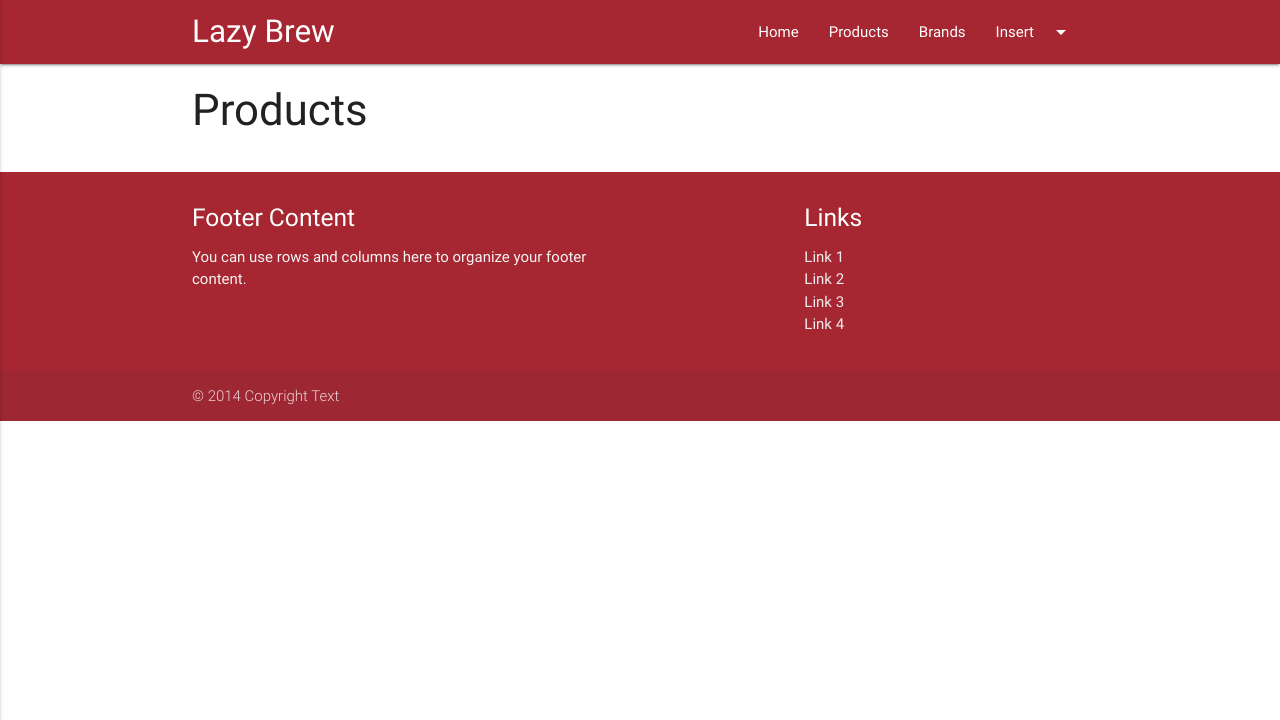
Repository: Leon2ev/lazy-brew
Page: http://localhost/get_products
The author's editor kept a record of every edit. The page is drawn from the files as they stood at one moment, then again after the next edit.
The browser window is 1280 px wide. The pictures show the whole page.
Some web libraries are served in a nearby version. The page is served by the project's application, run on Flask 3 (app.py). Queries for data that is not in the repository find no rows.

Above is the page before.

After the next edit:
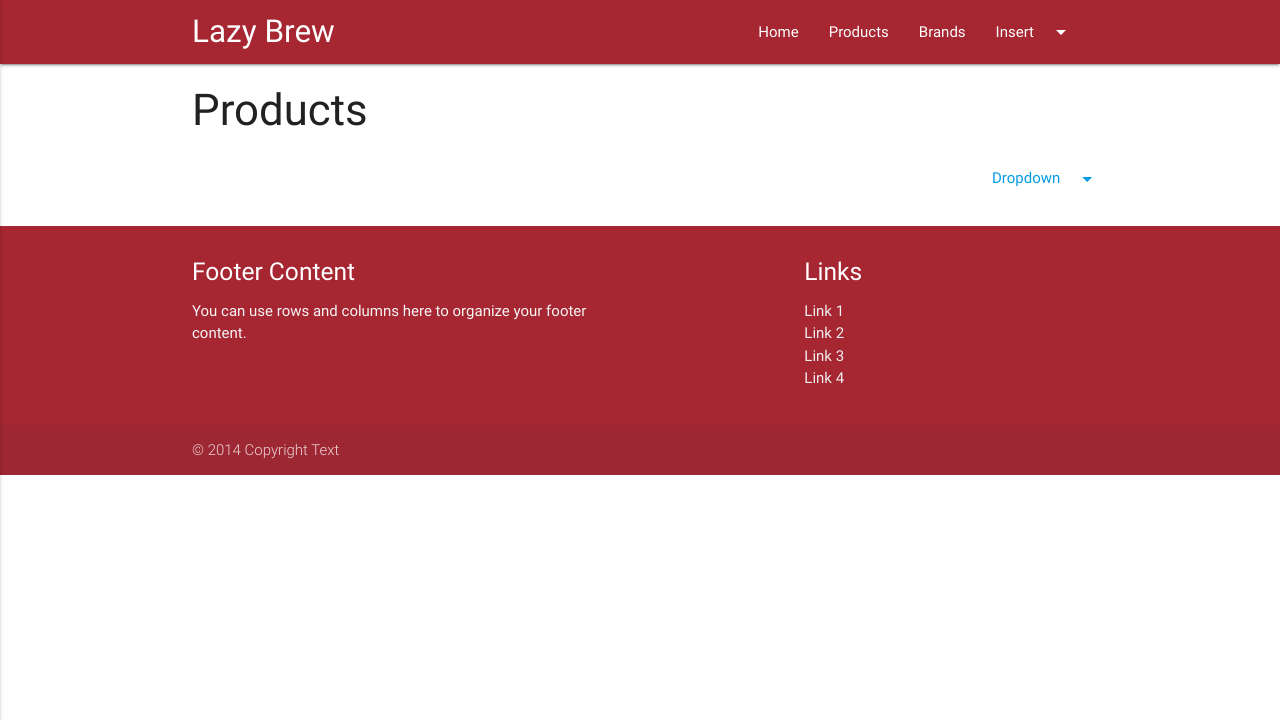
The edit:
--- a/templates/products.html
+++ b/templates/products.html
@@ -3,12 +3,13 @@
     <div class="container">
         <h3>Products</h3>
         <div class="row">
+            <ul class="right hide-on-med-and-down">
+                    <!-- Dropdown Trigger -->
+                    <li><a class="dropdown-button" href="#!" data-activates="dropdown5">Dropdown<i class="material-icons right">arrow_drop_down</i></a></li>
+                </ul>
             {% for group in products|groupby('type_id') %}
                 {% for type in types %}
-                <ul class="right hide-on-med-and-down">
-                    <!-- Dropdown Trigger -->
-                    <li><a class="dropdown-button" href="#!" data-activates="dropdown1">Dropdown<i class="material-icons right">arrow_drop_down</i></a></li>
-                </ul>
+
                 <ul id="dropdown1" class="dropdown-content">
                     <li><a href="{{url_for('get_type', type_id=type._id)}}">one</a></li>
                 </ul>
